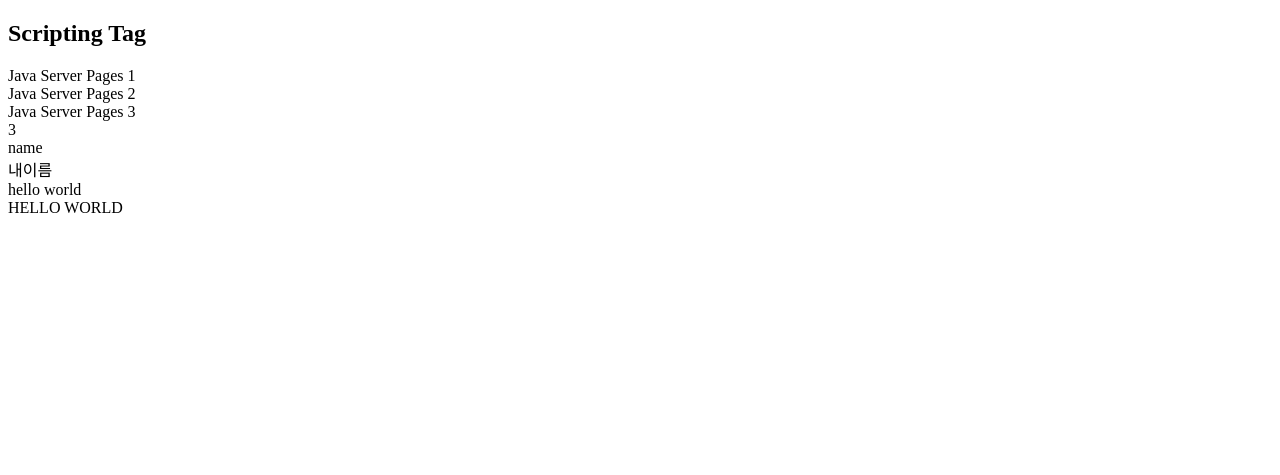
Repository: hodob/JSP_Practice
Page: http://localhost/JSPBooks_JJH/ch02_ex/ex1.jsp
The author's editor kept a copy of each file at every save. The page is drawn from the files as they stood at one save, then again after the next save.
The browser window is 1280 px wide. The pictures show the whole page.
The page is served by Tomcat 9.

Above is the page before, as saved 2022-08-05 01:14:44.

### JSPBooks_JJH/WebContent/ch02_ex/ex1.jsp
<%@ page language="java" contentType="text/html; charset=UTF-8"
	pageEncoding="UTF-8"%>
<!DOCTYPE html>
<html>
<head>
<meta charset="UTF-8">
<title>Insert title here</title>
</head>
<body>
	<h2>Scripting Tag</h2>
	<%-- 선언부 시작 <%! 로 시작한다. 느낌표가  --%>
	<%-- 전역 메소드? --%>
	<%!int count = 3;
	String name = "내이름";
	String makeItLower(String data) {
		return data.toLowerCase();
	}
	String makeItUpper(String data){
		return data.toUpperCase();
	}
	%>

	<%-- 스트립틀릿 태그로 자바 로직 코드 작성 --%>
	<%
		for (int i = 1; i <= count; i++) {
		out.println("Java Server Pages " + i + "<br>");
	}
	%>


	<%-- 표현문 태그로 선언문의 메소드를 호출하여 문자열 형태로 출력 --%>
	<%=count%>
	<br>
	name
	<br>
	<%=name %>
	<br>
	<%=makeItLower("Hello World")%>
	<br>
	<%=makeItUpper("Hello World") %>

</body>
</html>

After the next save:
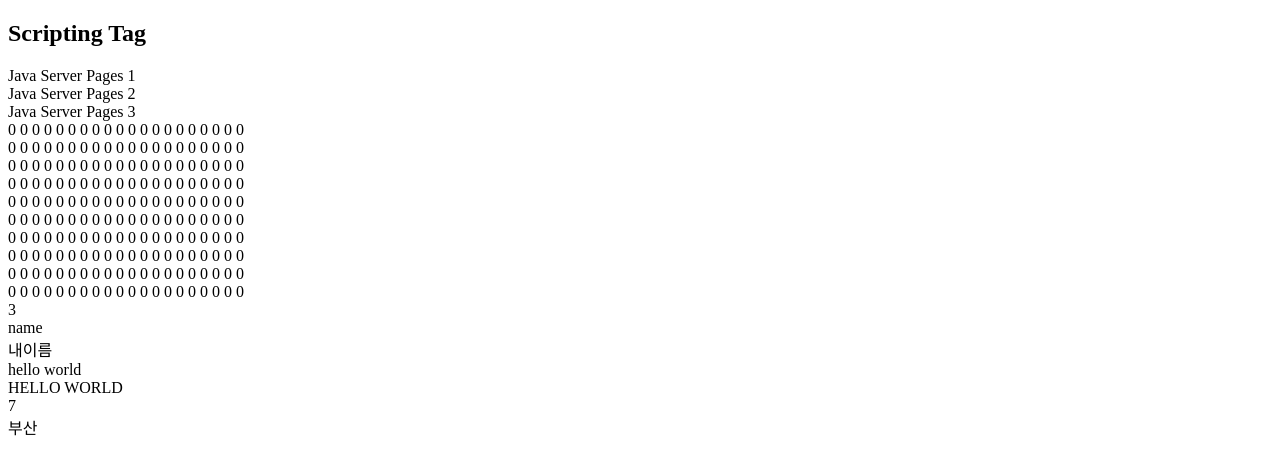
Saved 8 min 38 s later.
--- a/JSPBooks_JJH/WebContent/ch02_ex/ex1.jsp
+++ b/JSPBooks_JJH/WebContent/ch02_ex/ex1.jsp
@@ -12,32 +12,52 @@
 	<%-- 전역 메소드? --%>
 	<%!int count = 3;
 	String name = "내이름";
+	String location = "부산";
+	int[][] test = new int[10][20];
+
 	String makeItLower(String data) {
 		return data.toLowerCase();
 	}
-	String makeItUpper(String data){
+
+	String makeItUpper(String data) {
 		return data.toUpperCase();
 	}
-	%>
+
+	//class 선언 필요없나?
+	public int Sum(int a, int b) {
+		return a + b;
+
+	}%>
 
 	<%-- 스트립틀릿 태그로 자바 로직 코드 작성 --%>
 	<%
 		for (int i = 1; i <= count; i++) {
 		out.println("Java Server Pages " + i + "<br>");
 	}
+	for(int i = 0; i<test.length;i++){
+		for(int j=0; j<test[0].length;j++){
+			out.println(test[i][j]);
+		}out.println("<br>");
+	}
 	%>
+
 
 
 	<%-- 표현문 태그로 선언문의 메소드를 호출하여 문자열 형태로 출력 --%>
 	<%=count%>
+	<br> name
 	<br>
-	name
-	<br>
-	<%=name %>
+	<%=name%>
 	<br>
 	<%=makeItLower("Hello World")%>
 	<br>
-	<%=makeItUpper("Hello World") %>
+	<%=makeItUpper("Hello World")%>
+	<br>
+	<%=Sum(3, 4)%>
+	<br>
+	<%=location%>
+	<br>
+
 
 </body>
 </html>
